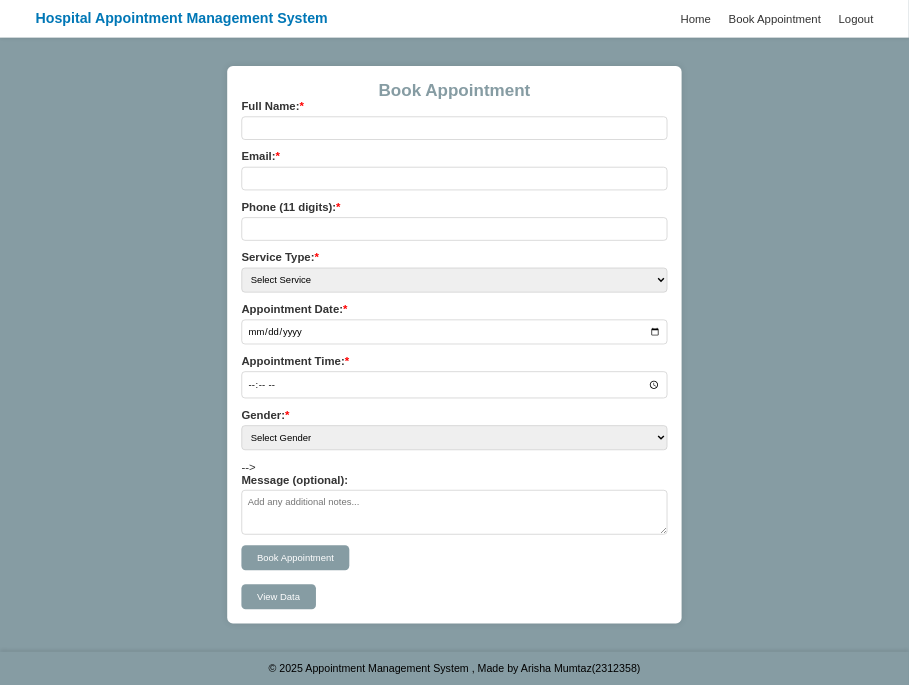
Repository: Arisha004/Hospital-appointment-management-system-
Page: http://localhost/
An editor plug-in stored every save of this project. The page is shown before and after the next save, followed by the edit.
The browser window is 1280 px wide. The pictures show the whole page, at 71% of full size.
The page is run by PHP 8.4 with error messages shown; the project is at /var/www/html/.

Above is the page before, as saved 2025-11-16 16:08:26.

### index.php
<html>
<head>
<title>Book Appointment</title>
<link rel="stylesheet" href="style2.css">

</head>
<body>
 <header class="navbar">
    <div class="logo">Hospital Appointment Management System</div>
    <nav>
      <ul>
        <li><a href="landingpage.html">Home</a></li>
          <li><a href="index.php">Book Appointment</a></li>

          <li><a href="signup.php">Logout</a></li>
      </ul>
    </nav>
  </header>


<div class="container1">
  <h2>Book Appointment</h2>
  <form  action="insertappointmentform.php" method="POST">

    <label>Full Name:<span>*</span></label>
    <input type="text" name="full_name" required pattern="^[A-Za-z]{3,}( [A-Za-z]+)?$"  minlength="3"
       title="Name should contain only letters.">


    <label>Email:<span>*</span></label>
    <input type="email"
   name="email" required title="enter a valid email address">

    <label>Phone (11 digits):<span>*</span></label>
    <input type="number" name="phone" required pattern="[0-9]{11}" title="Phone number must be exactly 11 digits." maxlength="11">

    <label>Service Type:<span>*</span></label>
    <select name="service_type" required>
      <option value=""> Select Service </option>
      <option value="Consultation">Consultation</option>
      <option value="Follow-up">Follow-up</option>
      <option value="Check-up">Check-up</option>
      <option value="Emergency">Emergency</option>
    </select>

    <label>Appointment Date:<span>*</span></label>
    <input type="date" name="appointment_date" required min="<?php echo date('Y-m-d'); ?>">

    <label>Appointment Time:<span>*</span></label>
    <input type="time" name="appointment_time" required>




       <label>Gender:<span>*</span></label>
    <select name="gender" required>
      <option value=""> Select Gender </option>
      <option value="Male">Male</option>
      <option value="Female">Female</option>
      <option value="Other">Other</option>
    </select> -->

    <label>Message (optional):</label>
    <textarea name="message"  rows="3"  placeholder="Add any additional notes..."></textarea>

    <input type="hidden" name="created_at" value="<?php echo date('Y-m-d H:i:s'); ?>">

    <button type="submit" name="submit"> Book Appointment </button>
  </form>


<div style="margin-top:20px;">
    <form action="list.php" method="get">
    <button type="submit">View Data</button>
    </form>
</div>
</div>

    <footer>
    <p>© 2025 Appointment Management System , Made by Arisha Mumtaz(2312358)</p>
  </footer>
</div>
</body>
</html>

### style2.css
  /* Reset and fonts */
* {
  margin: 0;
  padding: 0;
  box-sizing: border-box;
  font-family: 'Poppins', sans-serif;
}

body {
  background: #869CA3;
  color: #333;
}
  .container1 { width: 50%; margin: 40px auto; background: #fff; padding: 20px; border-radius: 8px; box-shadow: 0 0 10px rgba(0,0,0,0.1); }
  h2 { text-align: center; color: #869CA3; }
  label { font-weight: bold; display: block; margin-bottom: 5px; }
  input, select, textarea {
      width: 100%;
      padding: 8px;
      margin-bottom: 15px;
      border: 1px solid #ccc;
      border-radius: 5px;
  }
 /* Footer */
footer {
  text-align: center;
  padding: 15px;
  background-color:#869CA3;
        color: black;
  box-shadow: 0 -2px 5px rgba(0,0,0,0.1);
  font-size: 15px;

}
label span {
  color: red;
}

/* Navbar */
.navbar {
  display: flex;
  justify-content: space-between;
  align-items: center;
  padding: 15px 50px;
  background: #fff;
  box-shadow: 0 2px 5px rgba(0,0,0,0.1);
  position: sticky;
  top: 0;
  z-index: 10;
}

.navbar .logo {
  font-weight: 700;
    font-size: 20px;
  color: #0077b6;
}

.navbar ul {
  display: flex;
  list-style: none;
}

.navbar ul li a {
  text-decoration: none;
  color: #333;
  margin-left: 25px;
  transition: 0.3s;
}

.navbar ul li a:hover {
  color: #0077b6;
}

  button{

  display: inline-block;
  background-color: #869CA3;
  color: #fff;
  padding: 10px 22px;
  border: none;
  border-radius: 6px;
  cursor: pointer;
  font-weight: 500;

  transition: 0.3s;
   text-align: center;
}

button:hover {
  background-color: #7498a3;
  transform: translateY(-2px);
}

  input[type=submit] {
      background-color: #007bff;
      color: white;
      border: none;
      padding: 10px 15px;
      cursor: pointer;
      border-radius: 5px;
  }
    input[type='radio'] {
    width: 18px;
    height: 18px;
    accent-color: #2196F3;
    margin-right: 8px;
    cursor: pointer;
  }
  label {
    font-family: Arial, sans-serif;
    font-size: 16px;
    margin-right: 15px;
    cursor: pointer;
  }
  input[type=submit]:hover {
      background-color: #0056b3;
  }
  select[name="status"] {
    background-color: #f8f9fa;
    color: #495057;
    padding: 8px;
    margin-bottom: 15px;
    border: 1px solid #ced4da;
    border-radius: 5px;
    width: 100%;
}

select[name="status"] option[value="Pending"] { color: #ffc107; }
select[name="status"] option[value="Confirmed"] { color: #28a745; }
select[name="status"] option[value="Cancelled"] { color: #dc3545; }
select[name="status"] option[value="Completed"] { color: #17a2b8; }

After the next save:
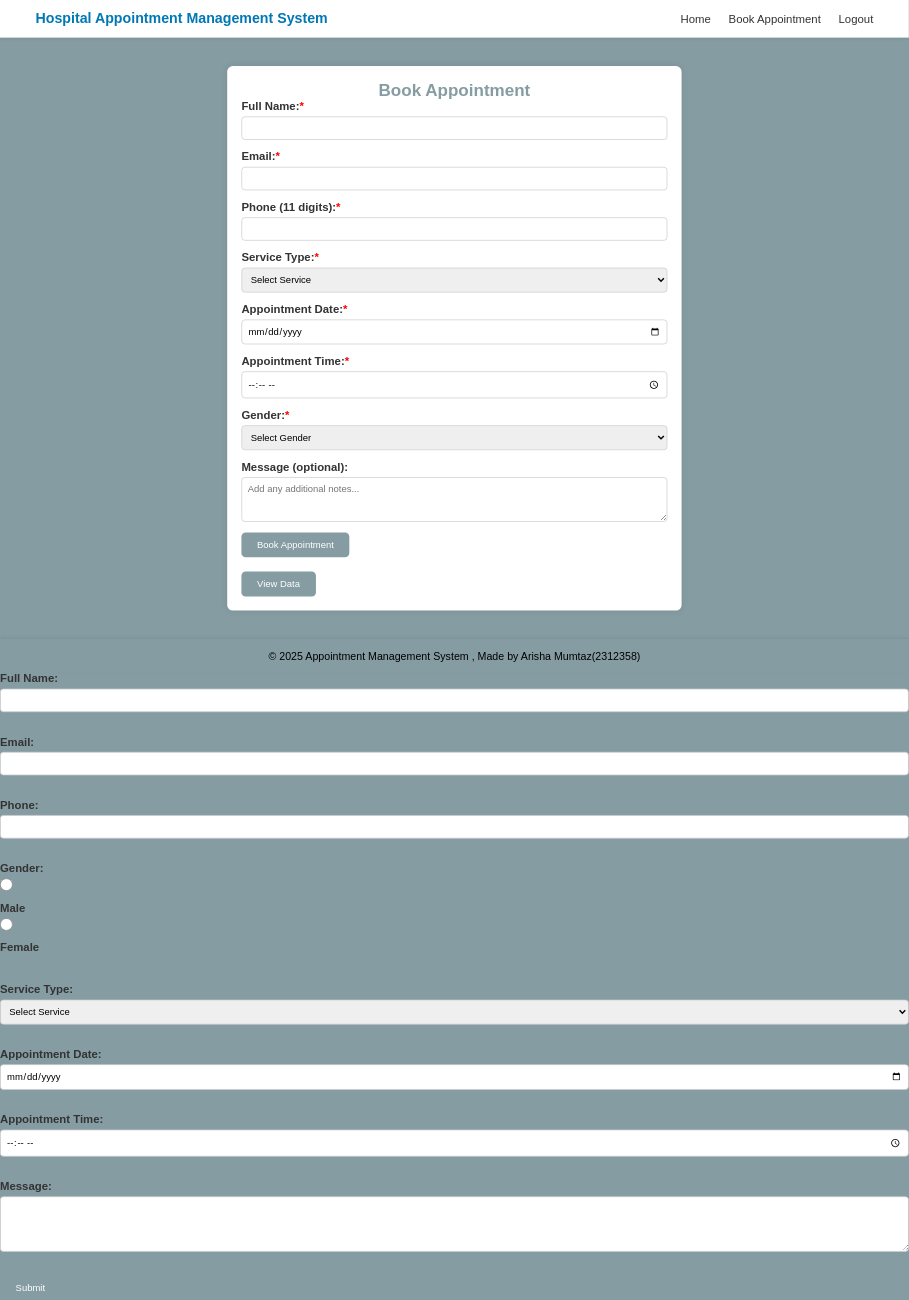
Saved 4 s later.
--- a/index.php
+++ b/index.php
@@ -58,7 +58,7 @@
       <option value="Male">Male</option>
       <option value="Female">Female</option>
       <option value="Other">Other</option>
-    </select> -->
+    </select>
 
     <label>Message (optional):</label>
     <textarea name="message"  rows="3"  placeholder="Add any additional notes..."></textarea>
@@ -82,3 +82,36 @@
 </div>
 </body>
 </html>
+<form action="" method="POST">
+  <label for="full_name">Full Name:</label>
+  <input type="text" id="full_name" name="full_name" required>
+  <br><br>
+  <label for="email">Email:</label>
+  <input type="email" id="email" name="email" required>
+  <br><br>
+  <label for="phone">Phone:</label>
+  <input type="text" id="phone" name="phone" required>
+  <br><br>
+  <label>Gender:</label>
+  <input type="radio" id="male" name="gender" value="Male"> <label for="male">Male</label>
+  <input type="radio" id="female" name="gender" value="Female"> <label for="female">Female</label>
+  <br><br>
+  <label for="service_type">Service Type:</label>
+  <select id="service_type" name="service_type" required>
+    <option value="">Select Service</option>
+    <option value="Haircut">Haircut</option>
+    <option value="Facial">Facial</option>
+    <option value="Massage">Massage</option>
+  </select>
+  <br><br>
+  <label for="appointment_date">Appointment Date:</label>
+  <input type="date" id="appointment_date" name="appointment_date" required>
+  <br><br>
+  <label for="appointment_time">Appointment Time:</label>
+  <input type="time" id="appointment_time" name="appointment_time" required>
+  <br><br>
+  <label for="message">Message:</label>
+  <textarea id="message" name="message" rows="4" cols="40"></textarea>
+  <br><br>
+  <button type="submit">Submit</button>
+</form>
